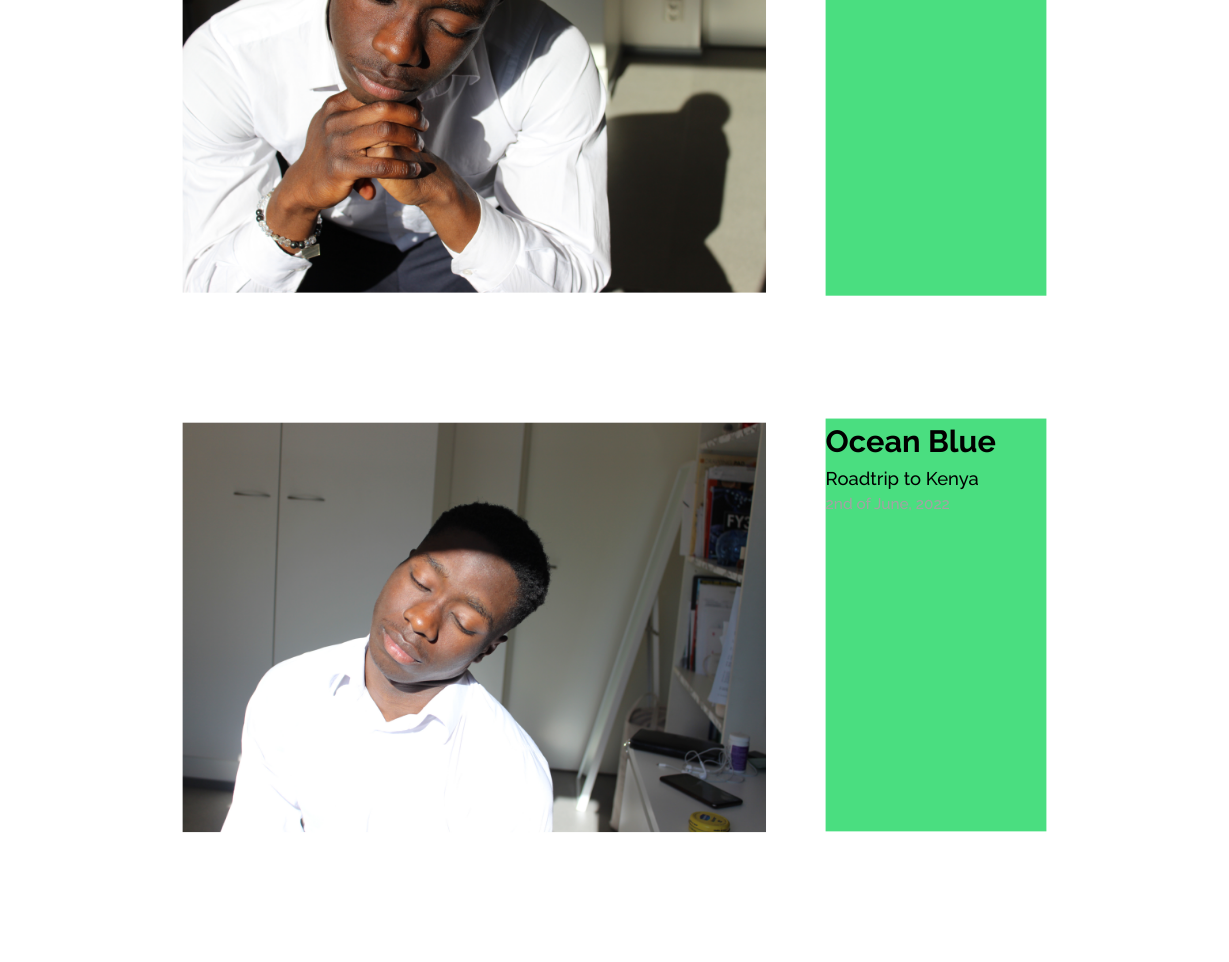
Repository: Graquick/Blog
Page: /photos
The author's editor kept a copy of each file at every save. The page is drawn from the files as they stood at one save, then again after the next save.
The browser window is 1280 px wide. The pictures show the whole page, at 96% of full size.
The project was rebuilt for these pictures with package versions that can differ from the ones it lists, and the page was loaded fresh each time. The framework's server and built-in components were replaced by stand-ins that run in the browser. Also part of the build but not shown: next.config.js, components/Footer.js.

Above is the page before, as saved 2022-07-07 14:29:32.

After the next save:
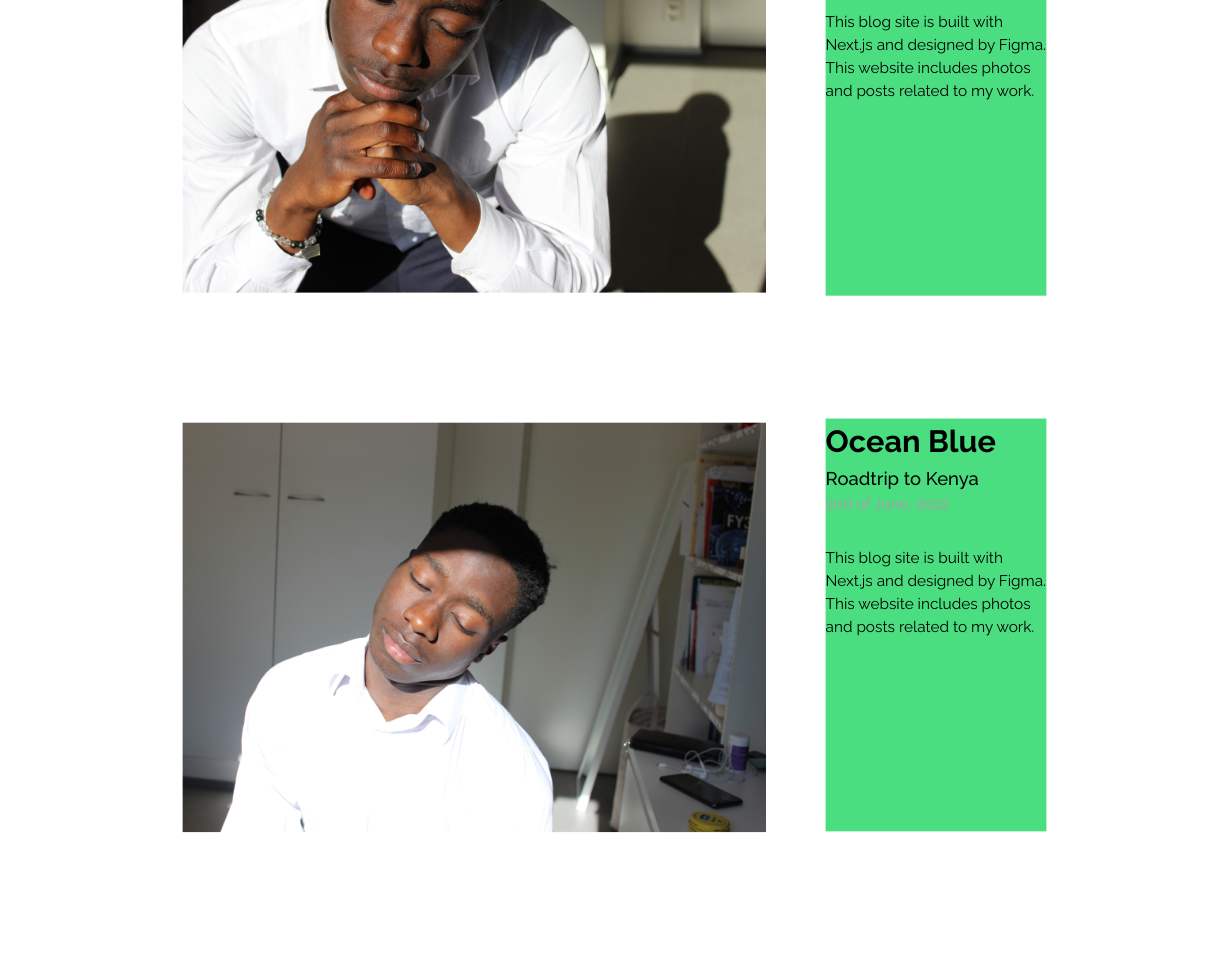
Saved 7 s later.
--- a/pages/photos.js
+++ b/pages/photos.js
@@ -57,7 +57,7 @@ export default function Photos() {
                       <p className="font-medium text-[1.2rem] cursor-default">{desc.info}</p>
                       <span className="font-medium cursor-default text-neutral-400">{desc.date}</span>
                     </div>
-                    <p></p>
+                    <p>{desc.text}</p>
                   </div>
                 ))}
               </div>
